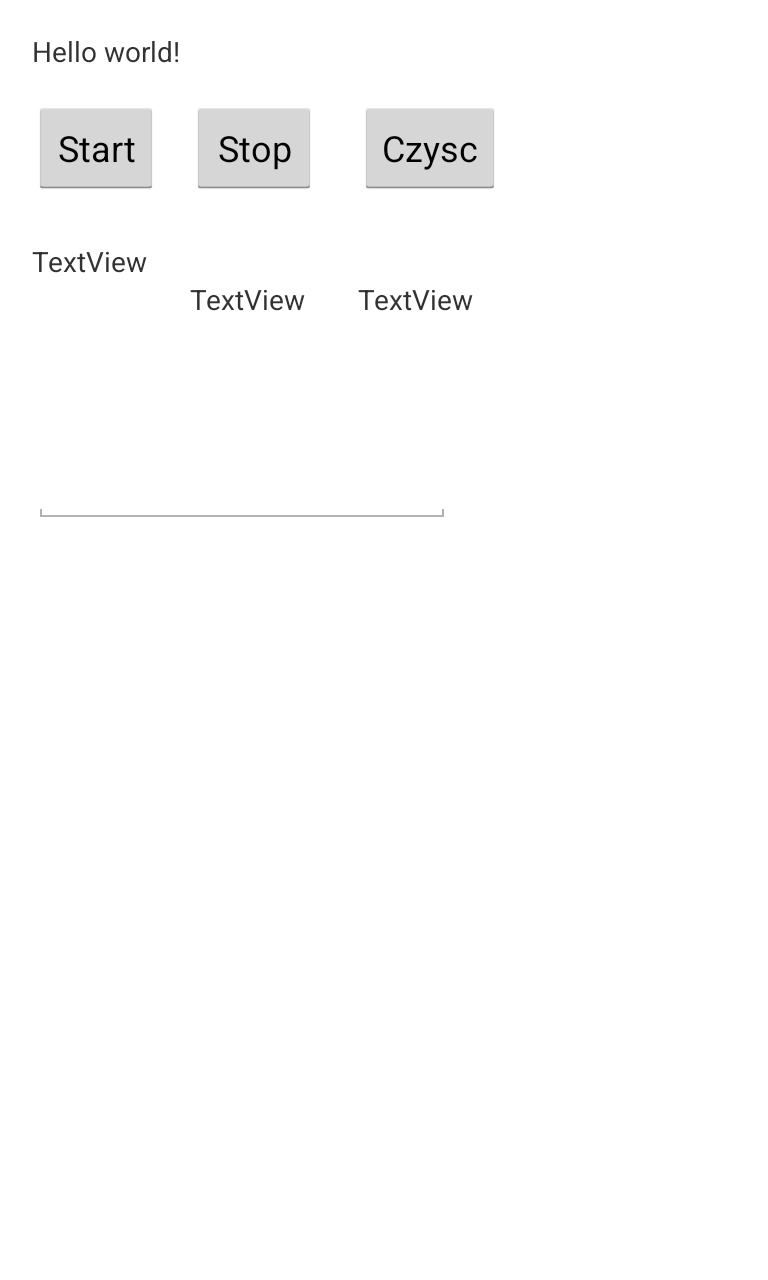
Repository: lukaszgor/mobilki
Layout: LAB6/To nieważne/Cw 6 przykład 2/Cw6zad2/res/layout/activity_main.xml
The author's editor kept a copy of each file at every save. The layout is drawn from the files as they stood at one save, then again after the next save.
It is drawn on a 768 x 1280 px phone screen (xhdpi) without system bars, with theme AppTheme; the app's code is not run.

Above is the layout before, as saved 2020-05-28 16:55:09.

### LAB6/To nieważne/Cw 6 przykład 2/Cw6zad2/res/layout/activity_main.xml
<RelativeLayout xmlns:android="http://schemas.android.com/apk/res/android"
    xmlns:tools="http://schemas.android.com/tools"
    android:layout_width="match_parent"
    android:layout_height="match_parent"
    android:paddingBottom="@dimen/activity_vertical_margin"
    android:paddingLeft="@dimen/activity_horizontal_margin"
    android:paddingRight="@dimen/activity_horizontal_margin"
    android:paddingTop="@dimen/activity_vertical_margin"
    tools:context="com.example.cw6zad2.MainActivity" >

    <TextView
        android:id="@+id/textView1"
        android:layout_width="wrap_content"
        android:layout_height="wrap_content"
        android:text="@string/hello_world" />

    <Button
        android:id="@+id/button3"
        android:layout_width="wrap_content"
        android:layout_height="wrap_content"
        android:layout_alignBaseline="@+id/button2"
        android:layout_alignBottom="@+id/button2"
        android:layout_marginLeft="20dp"
        android:layout_toRightOf="@+id/button2"
        android:text="Czysc" />

    <Button
        android:id="@+id/button2"
        android:layout_width="wrap_content"
        android:layout_height="wrap_content"
        android:layout_alignBaseline="@+id/button1"
        android:layout_alignBottom="@+id/button1"
        android:layout_marginLeft="15dp"
        android:layout_toRightOf="@+id/button1"
        android:text="Stop" />

    <TextView
        android:id="@+id/textView3"
        android:layout_width="wrap_content"
        android:layout_height="wrap_content"
        android:layout_alignLeft="@+id/button2"
        android:layout_below="@+id/textView2"
        android:text="TextView" />

    <TextView
        android:id="@+id/textView4"
        android:layout_width="wrap_content"
        android:layout_height="wrap_content"
        android:layout_alignLeft="@+id/button3"
        android:layout_below="@+id/textView2"
        android:text="TextView" />

    <EditText
        android:id="@+id/editText1"
        android:layout_width="wrap_content"
        android:layout_height="wrap_content"
        android:layout_alignLeft="@+id/button1"
        android:layout_below="@+id/textView3"
        android:layout_marginTop="64dp"
        android:ems="10" />

    <TextView
        android:id="@+id/textView2"
        android:layout_width="wrap_content"
        android:layout_height="wrap_content"
        android:layout_alignLeft="@+id/button1"
        android:layout_below="@+id/button1"
        android:layout_marginTop="23dp"
        android:text="TextView" />

    <Button
        android:id="@+id/button1"
        android:layout_width="wrap_content"
        android:layout_height="wrap_content"
        android:layout_alignLeft="@+id/textView1"
        android:layout_below="@+id/textView1"
        android:layout_marginTop="15dp"
        android:text="Start" />

</RelativeLayout>

### LAB6/To nieważne/Cw 6 przykład 2/Cw6zad2/res/values/strings.xml
<?xml version="1.0" encoding="utf-8"?>
<resources>

    <string name="app_name">Cw6zad2</string>
    <string name="hello_world">Hello world!</string>
    <string name="action_settings">Settings</string>

</resources>

Loaded but not shown: LAB6/To nieważne/Cw 6 przykład 2/Cw6zad2/res/values/styles.xml (common file); LAB6/To nieważne/Cw 6 przykład 2/Cw6zad2/res/values-v11/styles.xml (common file); LAB6/To nieważne/Cw 6 przykład 2/Cw6zad2/res/values-v14/styles.xml (common file); LAB6/To nieważne/Cw 6 przykład 2/Cw6zad2/res/values/dimens.xml (common file); LAB6/To nieważne/Cw 6 przykład 2/Cw6zad2/res/values-w820dp/dimens.xml (common file)

After the next save:
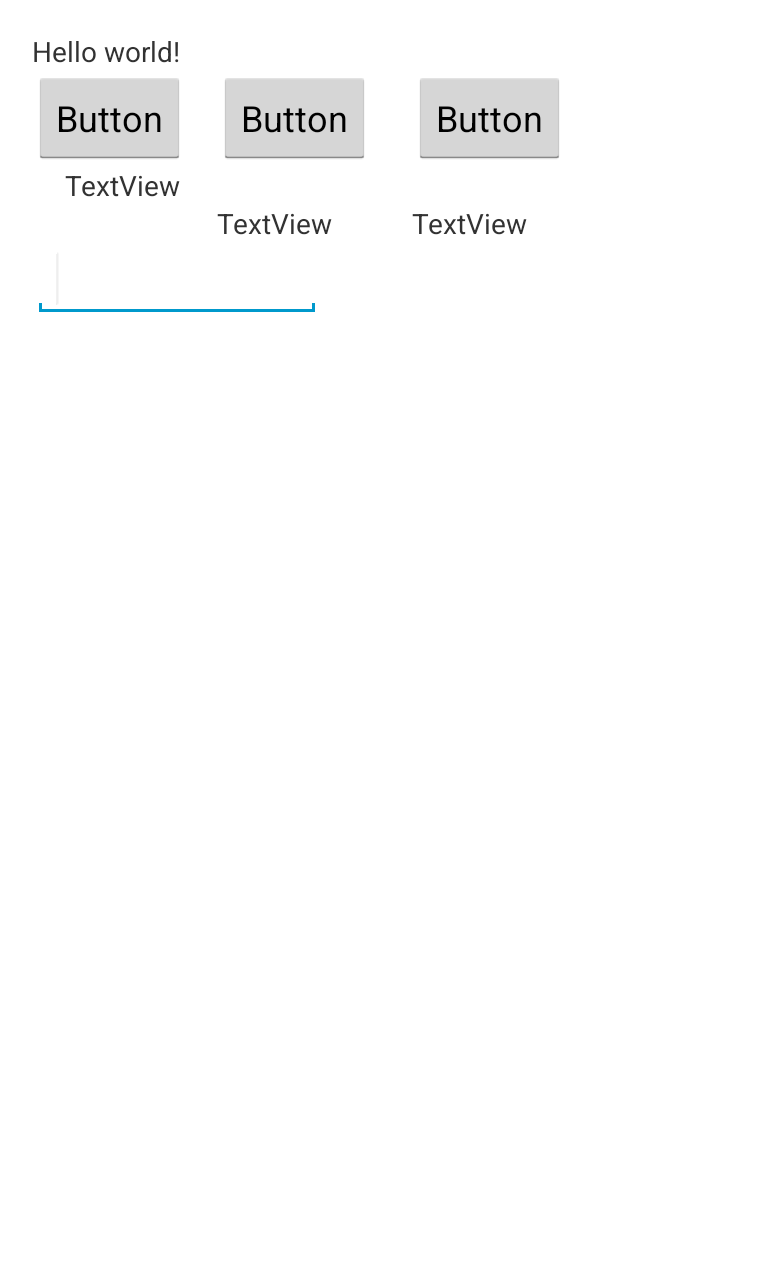
Saved 29 s later.
--- a/LAB6/To nieważne/Cw 6 przykład 2/Cw6zad2/res/layout/activity_main.xml
+++ b/LAB6/To nieważne/Cw 6 przykład 2/Cw6zad2/res/layout/activity_main.xml
@@ -15,6 +15,14 @@
         android:text="@string/hello_world" />
 
     <Button
+        android:id="@+id/button1"
+        android:layout_width="wrap_content"
+        android:layout_height="wrap_content"
+        android:layout_alignLeft="@+id/textView1"
+        android:layout_below="@+id/textView1"
+        android:text="Button" />
+
+    <Button
         android:id="@+id/button3"
         android:layout_width="wrap_content"
         android:layout_height="wrap_content"
@@ -22,7 +30,7 @@
         android:layout_alignBottom="@+id/button2"
         android:layout_marginLeft="20dp"
         android:layout_toRightOf="@+id/button2"
-        android:text="Czysc" />
+        android:text="Button" />
 
     <Button
         android:id="@+id/button2"
@@ -32,7 +40,28 @@
         android:layout_alignBottom="@+id/button1"
         android:layout_marginLeft="15dp"
         android:layout_toRightOf="@+id/button1"
-        android:text="Stop" />
+        android:text="Button" />
+
+    <EditText
+        android:id="@+id/editText1"
+        android:layout_width="wrap_content"
+        android:layout_height="wrap_content"
+        android:layout_alignRight="@+id/button2"
+        android:layout_below="@+id/button1"
+        android:layout_marginRight="25dp"
+        android:layout_marginTop="37dp"
+        android:ems="10" >
+
+        <requestFocus />
+    </EditText>
+
+    <TextView
+        android:id="@+id/textView2"
+        android:layout_width="wrap_content"
+        android:layout_height="wrap_content"
+        android:layout_alignRight="@+id/textView1"
+        android:layout_below="@+id/button1"
+        android:text="TextView" />
 
     <TextView
         android:id="@+id/textView3"
@@ -50,31 +79,4 @@
         android:layout_below="@+id/textView2"
         android:text="TextView" />
 
-    <EditText
-        android:id="@+id/editText1"
-        android:layout_width="wrap_content"
-        android:layout_height="wrap_content"
-        android:layout_alignLeft="@+id/button1"
-        android:layout_below="@+id/textView3"
-        android:layout_marginTop="64dp"
-        android:ems="10" />
-
-    <TextView
-        android:id="@+id/textView2"
-        android:layout_width="wrap_content"
-        android:layout_height="wrap_content"
-        android:layout_alignLeft="@+id/button1"
-        android:layout_below="@+id/button1"
-        android:layout_marginTop="23dp"
-        android:text="TextView" />
-
-    <Button
-        android:id="@+id/button1"
-        android:layout_width="wrap_content"
-        android:layout_height="wrap_content"
-        android:layout_alignLeft="@+id/textView1"
-        android:layout_below="@+id/textView1"
-        android:layout_marginTop="15dp"
-        android:text="Start" />
-
 </RelativeLayout>
